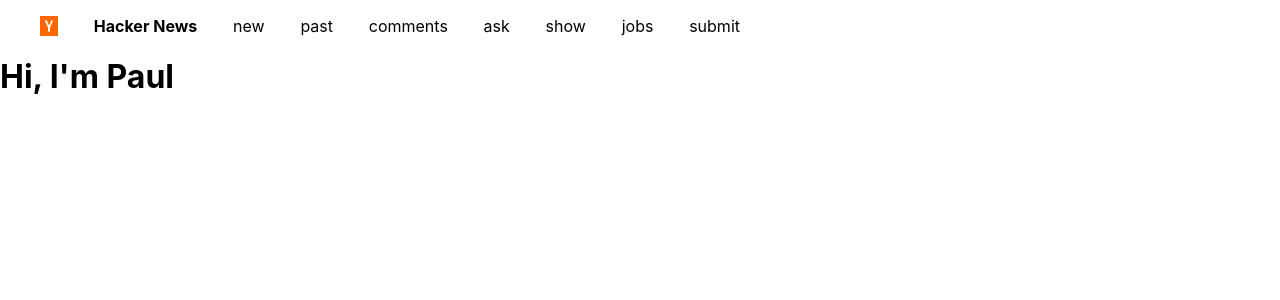
Repository: drking445/Hacker-News
Page: / (app in news/)
The author's editor kept a copy of each file at every save. The page is drawn from the files as they stood at one save, then again after the next save.
The browser window is 1280 px wide. The pictures show the whole page.
The page's requests for data from a server got no answer. The project was rebuilt for these pictures with package versions that can differ from the ones it lists, and the page was loaded fresh each time. No one was signed in, and anything a server would have sent is missing. Also part of the build but not shown: news/src/App.css, news/src/App.js.

Above is the page before, as saved 2019-05-23 13:59:12.

### news/src/index.js
import React from "react";
import ReactDOM from "react-dom";
import "./index.css";
import App from "./App";
import Stories from "./Stories/index";
import * as serviceWorker from "./serviceWorker";

ReactDOM.render(<Stories />, document.getElementById("root"));

// If you want your app to work offline and load faster, you can change
// unregister() to register() below. Note this comes with some pitfalls.
// Learn more about service workers: https://bit.ly/CRA-PWA
serviceWorker.unregister();

### news/src/Stories/index.jsx
import React from "react";
import Table from "../Table";
class newStories extends React.Component {
  constructor(props) {
    super(props);
    this.state = {
      error: null,
      isLoaded: false,
      items: []
    };
  }

  componentDidMount() {
    fetch("https://api.example.com/items")
      .then(res => res.json())
      .then(
        result => {
          this.setState({
            isLoaded: true,
            items: result.items
          });
        },
        // Note: it's important to handle errors here
        // instead of a catch() block so that we don't swallow
        // exceptions from actual bugs in components.
        error => {
          this.setState({
            isLoaded: true,
            error
          });
        }
      );
  }
  render() {
    const navStyle = {
      display: "flex",
      flexDirection: "row",
      flexWrap: "wrap",
      listStyle: "none",
      justifyContent: "space-between",
      width: "700px"
    };

    const listStyle = {
      listStyle: "none",
      display: "inline-block"
    };
    return (
      <div style={{ width: "100%" }}>
        <ul style={navStyle}>
          <img src="/y18.gif" />
          <li>
            <b>Hacker News</b>
          </li>
          <li>new</li>
          <li>past</li>
          <li>comments</li>
          <li>ask</li>
          <li>show</li>
          <li>jobs</li>
          <li>submit</li>
        </ul>
        <Table />
      </div>
    );
  }
}
export default newStories;

### news/src/Table/index.jsx
import React from "react";

class Table extends React.Component {
  render() {
    return (
      <div>
        <h1>Hi, I'm Paul</h1>
      </div>
    );
  }
}
export default Table;

Loaded but not shown: news/public/index.html (common file); news/src/index.css (common file); news/src/serviceWorker.js (common file)

After the next save:
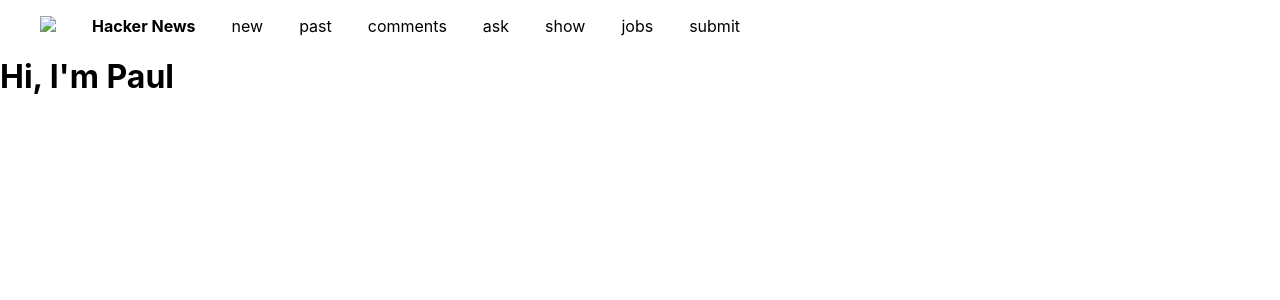
Not found: home/dking/Hacker-News/news/public/img/y18.gif
Saved 8 min 41 s later.
--- a/news/src/Stories/index.jsx
+++ b/news/src/Stories/index.jsx
@@ -48,7 +48,7 @@
     return (
       <div style={{ width: "100%" }}>
         <ul style={navStyle}>
-          <img src="/y18.gif" />
+          <img src="/home/dking/Hacker-News/news/public/img/y18.gif" />
           <li>
             <b>Hacker News</b>
           </li>

After the 2 saves that followed:
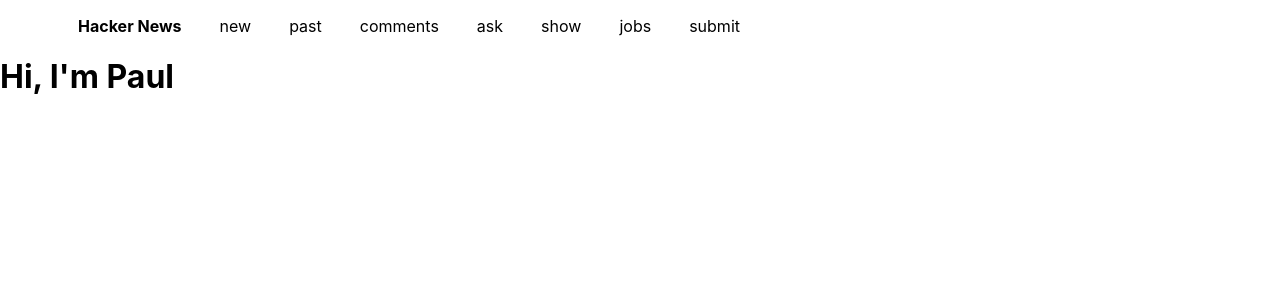
The 2 saves are shown as one change because they came seconds apart.
The last was saved 3 min 1 s later.
--- a/news/src/Stories/index.jsx
+++ b/news/src/Stories/index.jsx
@@ -1,5 +1,6 @@
 import React from "react";
 import Table from "../Table";
+
 class newStories extends React.Component {
   constructor(props) {
     super(props);
@@ -48,7 +49,7 @@
     return (
       <div style={{ width: "100%" }}>
         <ul style={navStyle}>
-          <img src="/home/dking/Hacker-News/news/public/img/y18.gif" />
+          <img src="" />
           <li>
             <b>Hacker News</b>
           </li>
